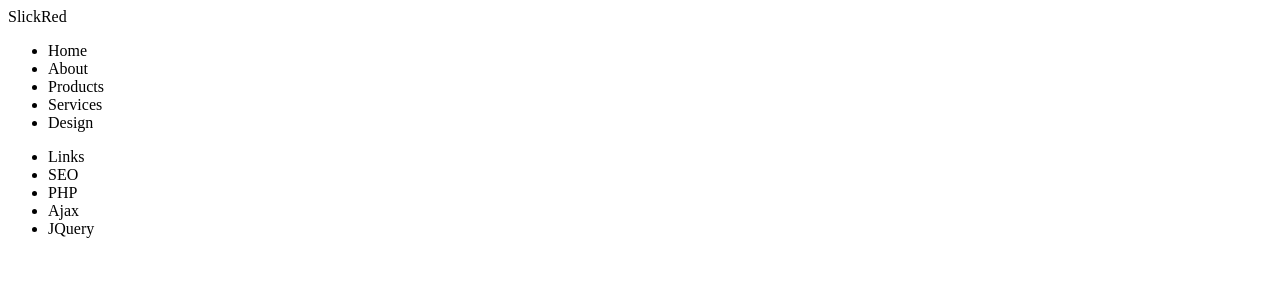
Repository: NgocTruong0701/Self_Learning
Page: html/practice/Baitapweb/Bai4.1.4.html
An editor plug-in stored every save of this project. The page is shown before and after the next save, followed by the edit.
The browser window is 1280 px wide. The pictures show the whole page.

Above is the page before, as saved 2021-10-05 23:25:57.

After the next save:
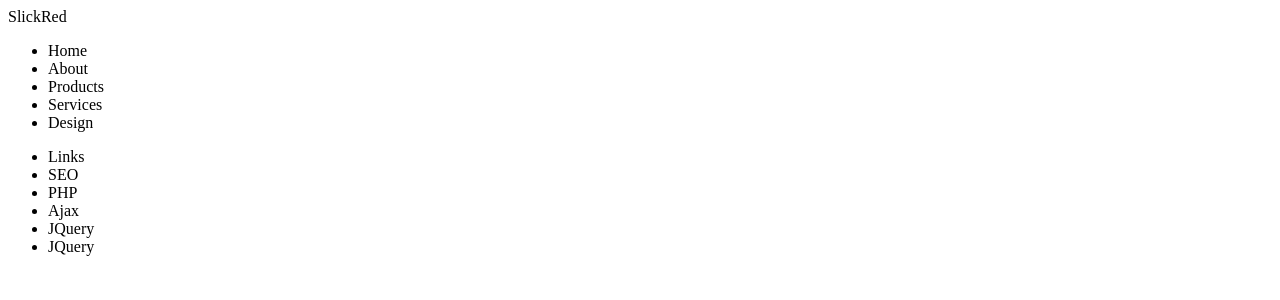
Saved 31 s later.
--- a/html/practice/Baitapweb/Bai4.1.4.html
+++ b/html/practice/Baitapweb/Bai4.1.4.html
@@ -29,6 +29,7 @@
                     <li>PHP</li>
                     <li>Ajax</li>
                     <li>JQuery</li>
+                    <li>JQuery</li>
                 </ul>
             </div>
         </div>
